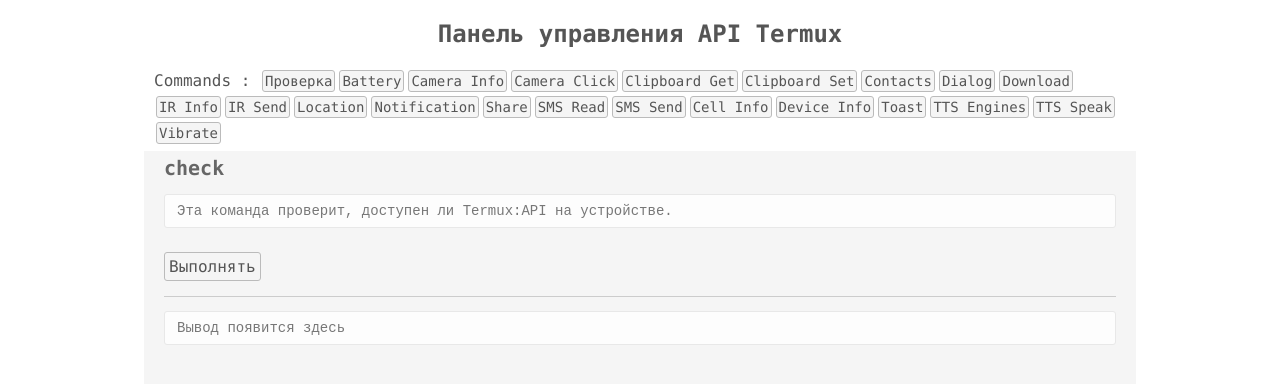
Repository: easy-quest/PHP-Termux-API
Page: http://localhost/api.php
These files come from the project's save history. The page is drawn as it stood at one moment and after a run of saves; the edit follows.
The browser window is 1280 px wide. The pictures show the whole page.
The page is run by PHP 8.4 with error messages shown; the project is at /var/www/html/.

Above is the page before, as saved 2021-12-02 01:38:16.

### api.php
<?php
if(isset($_REQUEST['command']) && isset($_REQUEST['param'])){
  /* Check if Termux:API is available */
  if($_REQUEST['command']=="check"){
    $test = shell_exec('termux-battery-status -h');
    if (substr($test, 0, 5) === 'Usage'){
      die("Termux:API is available");
    }
    else{
      die("Termux:API is not available");
    }
  }

  $command=$_REQUEST['command'];
  $param=$_REQUEST['param'];
  if(!$param==""){
    $response=shell_exec("$command $param");
  }
  else{
    $response=shell_exec("$command");
  }

  echo $response;
  exit();
}
?>
<!DOCTYPE html>
<html>
<head>
<meta name="viewport" content="width=device-width, initial-scale=1.0">
<style>
* {
  box-sizing: border-box;
}
.btn{
  background-color:#f5f5f5;
  display: inline-block;
  color: #555;
  text-align: center;
  border: solid 1px #bbb;
  border-radius:3px;
}
.btn:hover{
  cursor: pointer;
  background-color: #ddd;
}
pre{
  padding:8px 12px;
  overflow-x:scroll;
  border: 1px solid #e8e8e8;
  border-radius:3px;
  background-color:#fdfdfd;
  color:#777;
  font-size:14px
}
code{
  border: 0;
  padding-right: 0;
  padding-left: 0;
}
input{
  font-family:MonoSpace;
  color:#555;
  border:solid 1px #bbb;
  border-radius:4px;
  padding:4px;
  outline:none
}
.commands {
  max-width:992px;
  margin:auto;
  padding-left:10px;
  padding-right:10px;
}
.commands a {
  background-color:#f5f5f5;
  display: inline-block;
  color: #555;
  text-align: center;
  border: solid 1px #bbb;
  border-radius:3px;
  font-size:14px;
  color: #555;
  padding: 2px;
  margin:2px;
  text-decoration: none;
}
.commands a:hover{
  cursor: pointer;
  background-color: #ddd;
}
.execute{
  padding:4px;
  margin-top:10px;
}
.main {
  margin:auto;
  margin-top:5px;
  max-width:992px;
  padding:5px 20px;
  background:#f5f5f5;
  min-height:350px;
}
#photo-link{
  padding:4px;
  margin-top:5px;
  margin-bottom:50px;
  text-decoration:none;
}

@media only screen and (max-width:992px) {
  .commands, .main{
    width:100%;
  }
}
</style>
</head>
<body style="color:#555;font-family:Consolas, MonoSpace;margin:0px;">
  <h2 style="text-align:center">Панель управления API Termux</h2>
  <div class="commands">
    Commands :
    <a onclick="cmd(0)" href=#>Проверка</a><a onclick="cmd(1)" href=#>Battery</a><a onclick="cmd(2)" href=#>Camera Info</a><a onclick="cmd(3)" href=#>Camera Click</a><a onclick="cmd(4)" href=#>Clipboard Get</a><a onclick="cmd(5)" href=#>Clipboard Set</a><a onclick="cmd(6)" href=#>Contacts</a><a onclick="cmd(7)" href=#>Dialog</a><a onclick="cmd(8)" href=#>Download</a><a onclick="cmd(9)" href=#>IR Info</a><a onclick="cmd(10)" href=#>IR Send</a><a onclick="cmd(11)" href=#>Location</a><a onclick="cmd(12)" href=#>Notification</a><a onclick="cmd(13)" href=#>Share</a><a onclick="cmd(14)" href=#>SMS Read</a><a onclick="cmd(15)" href=#>SMS Send</a><a onclick="cmd(16)" href=#>Cell Info</a><a onclick="cmd(17)" href=#>Device Info</a><a onclick="cmd(18)" href=#>Toast</a><a onclick="cmd(19)" href=#>TTS Engines</a><a onclick="cmd(20)" href=#>TTS Speak</a><a onclick="cmd(21)" href=#>Vibrate</a>
  </div>
  <div class="main">
    <div id="command" style="color:#666;font-weight:bold;font-size:20px"></div>
    <pre style="white-space:pre-wrap;"><co
    de id= "documentation"></code></pre>
    <div>
      <div id="param" style="margin-top:10px">
        <span style="">Enter parameters : </span>
        <input id="paramInput">
      </div>
      <div onclick="execute()" class="execute btn">Выполнять</div>
    </div>
    <div style="border-top:solid 1px #ccc;width:100%;height:1px;margin:auto;margin-top:15px;margin-bottom:5px;"></div>
    <pre><code id= "response"></code></pre>
  </div>

  <script>
  var api = {
    0:{command:"check",doc:"Эта команда проверит, доступен ли Termux:API на устройстве.",sampleParam:""},
    1:{command:"termux-battery-status",doc:"Usage: termux-battery-status\nGet the status of the device battery.",sampleParam:""},
    2:{command:"termux-camera-info",doc:"Usage: termux-camera-info\nGet information about device camera(s).",sampleParam:""},
    3:{command:"termux-camera-photo",doc:"Usage: termux-camera-photo [-c camera-id] output-file\nTake a photo and save it to a file in JPEG format.\n\n  -c camera-id  ID of the camera to use (see termux-camera-info), default: 0",sampleParam:"-c 0 photo.jpg"},
    4:{command:"termux-clipboard-get",doc:"Usage: termux-clipboard-get\nGet the system clipboard text.",sampleParam:""},
    5:{command:"termux-clipboard-set",doc:"Usage: termux-clipboard-set [text]\nSet the system clipboard text. The text to set is either supplied as arguments or read from stdin if no arguments are given.",sampleParam:"Hello"},
    6:{command:"termux-contact-list",doc:"Usage: termux-contact-list\nList all contacts.",sampleParam:""},
    7:{command:"termux-dialog",doc:"Usage: termux-dialog [-i hint] [-m] [-p] [-t title]\nShow a text entry dialog.\n\n  -i hint   the input hint to show when the input is empty\n  -m        use a textarea with multiple lines instead of a single\n  -p        enter the input as a password\n  -t title  the title to show for the input prompt",sampleParam:"-t Enter Something"},
    8:{command:"termux-download",doc:"Usage: termux-download [-d description] [-t title] url-to-download\nDownload a resource using the system download manager.\n\n  -d description  description for the download request notification\n  -t title        title for the download request notification",sampleParam:"-t Anupam http://g.jpg"},
    9:{command:"termux-infrared-frequencies",doc:"Usage: termux-infrared-frequencies\nQuery the infrared transmitter's supported carrier frequencies.",sampleParam:""},
    10:{command:"termux-infrared-transmit",doc:"Usage: termux-infrared-transmit -f frequency pattern\nTransmit an infrared pattern. The pattern is specified in comma-separated on/off intervals, such as '20,50,20,30'. Only patterns shorter than 2 seconds will be transmitted.\n\n  -f frequency  IR carrier frequency in Hertz",sampleParam:"-f 30000 20,50,20,30"},
    11:{command:"termux-location",doc:"usage: termux-location [-p provider] [-r request]\nGet the device location.\n\n  -p provider  location provider [gps/network/passive] (default: gps)\n  -r request   kind of request to make [once/last/updates] (default: once)",sampleParam:"-p gps -r once"},
    12:{command:"termux-notification",doc:"Usage: termux-notification [-c content] [-i id] [-t title] [-u url]\nDisplay a system notification.\n\n  -c content notification content to show\n  -i id      notification id (will overwrite any previous notification\n               with the same id)\n  -t title   notification title to show\n  -u url     notification url when clicking on it",sampleParam:"-c This is a notification -t Notification"},
    13:{command:"termux-share",doc:"Usage: termux-share [-a action] [-c content-type] [-d] [-t title] [file]\nShare a file specified as argument or the text received on stdin if no file argument is given.\n\n  -a action        which action to performed on the shared content:\n                     edit/send/view (default:view)\n  -c content-type  content-type to use (default: guessed from file extension,\n                     text/plain for stdin)\n  -d               share to the default receiver if one is selected\n                     instead of showing a chooser\n\n  -t title         title to use for shared content (default: shared file name)",sampleParam:"-a view photo.jpg"},
    14:{command:"termux-sms-inbox",doc:"Usage: termux-sms-inbox [-d] [-l limit] [-n] [-o offset]\nList received SMS messages.\n\n  -d         show dates when messages were created\n  -l limit   offset in sms list (default: 10)\n  -n         show phone numbers\n  -o offset  offset in sms list (default: 0)",sampleParam:"-l 10 -n -o 0"},
    15:{command:"termux-sms-send",doc:"Usage: termux-sms-send -n number[,number2,number3,...] [text]\nSend a SMS message to the specified recipient number(s). The text to send is either supplied as arguments or read from stdin if no arguments are given.\n\n  -n number(s)  recipient number(s) - separate multiple numbers by commas",sampleParam:"-n 1234567890 Hello"},
    16:{command:"termux-telephony-cellinfo",doc:"Usage: termux-telephony-cellinfo\nGet information about all observed cell information from all radios on the device including the primary and neighboring cells.",sampleParam:""},
    17:{command:"termux-telephony-deviceinfo",doc:"Usage: termux-telephony-deviceinfo\nGet information about the telephony device.",sampleParam:""},
    18:{command:"termux-toast",doc:"Usage: termux-toast [-s] [text]\nShow text in a Toast (a transient popup). The text to show is either supplied as arguments or read from stdin if no arguments are given.\n\n -s  only show the toast for a short while",sampleParam:"-s This is a toast"},
    19:{command:"termux-tts-engines",doc:"Usage: termux-tts-engines\nGet information about the available text-to-speech (TTS) engines. The name of an engine may be given to the termux-tts-speak command using the -e option.",sampleParam:""},
    20:{command:"termux-tts-speak",doc:"Usage: termux-tts-speak [-e engine] [-l language] [-p pitch] [-r rate] [-s stream] [text-to-speak]\nSpeak text with a system text-to-speech (TTS) engine. The text to speak is either supplied as arguments or read from stdin if no arguments are given.\n\n  -e engine    TTS engine to use (see termux-tts-engines)\n  -l language  language to speak in (may be unsupported by the engine)\n  -p pitch     pitch to use in speech. 1.0 is the normal pitch,\n                 lower values lower the tone of the synthesized voice,\n                 greater values increase it.\n  -r rate      speech rate to use. 1.0 is the normal speech rate,\n                 lower values slow down the speech\n                 (0.5 is half the normal speech rate)\n                 while greater values accelerates it\n                 (2.0 is twice the normal speech rate).\n  -s stream    audio stream to use (default:NOTIFICATION), one of:\n                 ALARM, MUSIC, NOTIFICATION, RING, SYSTEM, VOICE_CALL",sampleParam:"-p 1.3 Hello How are you"},
    21:{command:"termux-vibrate",doc:"Usage: termux-vibrate [-d duration] [-f]\nVibrate the device.\n\n  -d duration  the duration to vibrate in ms (default:1000)\n  -f           force vibration even in silent mode",sampleParam:"-d 500"}
  }

  //default values
  var command = api[0].command;
  var param = "";
  var doc = api[0].doc;
  var msg = "Вывод появится здесь";

  document.getElementById("param").hidden= true;
  document.getElementById("response").innerHTML = msg;
  document.getElementById("command").innerHTML = command;
  document.getElementById("documentation").innerHTML = doc;

/** Function to select command and sampleParam*/
  function cmd(id=0){
    command = api[id].command;
    var doc = api[id].doc;
    var sampleParam = api[id].sampleParam;
    document.getElementById("documentation").innerHTML = doc;
    document.getElementById("command").innerHTML = command;
    document.getElementById("response").innerHTML = msg;
    var photoLink = document.getElementById("photo-link");
    if(photoLink){
      photoLink.parentNode.removeChild(photoLink);
    }
    if(sampleParam==""){
      document.getElementById("param").hidden = true;
      document.getElementById("paramInput").value = "";
    }
    else{
      document.getElementById("param").hidden = false;
      document.getElementById("paramInput").value = sampleParam;
    }
  }

/** Function to send AJAX Request with command and param, then show the response*/
  function execute(){
    param = document.getElementById("paramInput").value;
    var xhttp = new XMLHttpRequest();
    xhttp.onreadystatechange = function() {
      if(this.readyState == 1){
        document.getElementById("response").innerHTML = "server connection established";
      }
      if(this.readyState == 2){
        document.getElementById("response").innerHTML = "request received";
      }
      if(this.readyState == 3){
        document.getElementById("response").innerHTML = "processing request";
      }
      if (this.readyState == 4 && this.status == 200) {
        document.getElementById("response").innerHTML = this.responseText;
        if(command=="termux-camera-photo"){
          var name = param.substring(5);
          var l = document.createElement("a");
          var text = document.createTextNode("View Image");
          l.appendChild(text);
          l.setAttribute("href",name);
          l.setAttribute("target","_blank");
          l.setAttribute("id","photo-link");
          l.setAttribute("class","btn");
          document.getElementById("response").parentElement.parentElement.appendChild(l);
        }
      }
    };
    xhttp.open("POST", "<?php echo basename(__FILE__);?>", true);
    xhttp.setRequestHeader("Content-type", "application/x-www-form-urlencoded");
    xhttp.send("command=" + command + "&param=" + param);
  }
  </script>
</body>
</html>

After the next 2 saves:
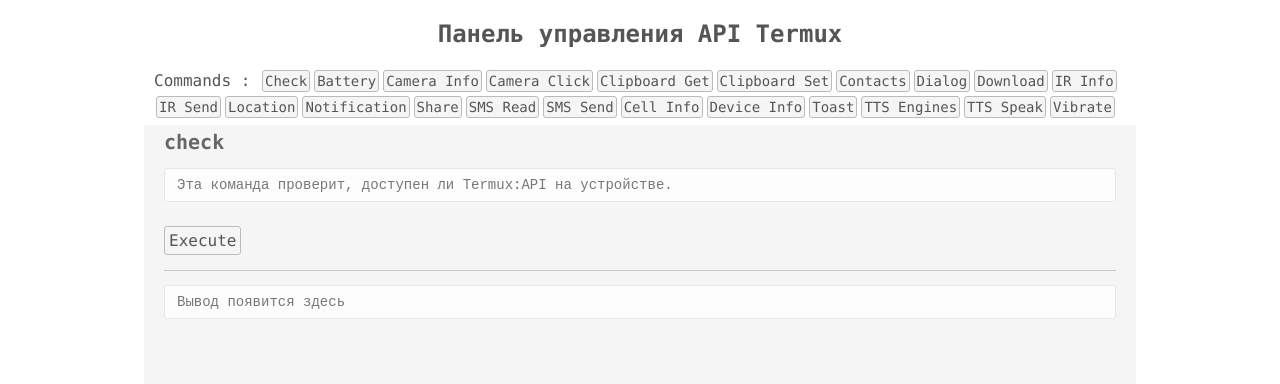
The 2 saves are shown as one change because they came seconds apart.
The last was saved 35 s later.
--- a/api.php
+++ b/api.php
@@ -119,18 +119,17 @@
   <h2 style="text-align:center">Панель управления API Termux</h2>
   <div class="commands">
     Commands :
-    <a onclick="cmd(0)" href=#>Проверка</a><a onclick="cmd(1)" href=#>Battery</a><a onclick="cmd(2)" href=#>Camera Info</a><a onclick="cmd(3)" href=#>Camera Click</a><a onclick="cmd(4)" href=#>Clipboard Get</a><a onclick="cmd(5)" href=#>Clipboard Set</a><a onclick="cmd(6)" href=#>Contacts</a><a onclick="cmd(7)" href=#>Dialog</a><a onclick="cmd(8)" href=#>Download</a><a onclick="cmd(9)" href=#>IR Info</a><a onclick="cmd(10)" href=#>IR Send</a><a onclick="cmd(11)" href=#>Location</a><a onclick="cmd(12)" href=#>Notification</a><a onclick="cmd(13)" href=#>Share</a><a onclick="cmd(14)" href=#>SMS Read</a><a onclick="cmd(15)" href=#>SMS Send</a><a onclick="cmd(16)" href=#>Cell Info</a><a onclick="cmd(17)" href=#>Device Info</a><a onclick="cmd(18)" href=#>Toast</a><a onclick="cmd(19)" href=#>TTS Engines</a><a onclick="cmd(20)" href=#>TTS Speak</a><a onclick="cmd(21)" href=#>Vibrate</a>
+    <a onclick="cmd(0)" href=#>Check</a><a onclick="cmd(1)" href=#>Battery</a><a onclick="cmd(2)" href=#>Camera Info</a><a onclick="cmd(3)" href=#>Camera Click</a><a onclick="cmd(4)" href=#>Clipboard Get</a><a onclick="cmd(5)" href=#>Clipboard Set</a><a onclick="cmd(6)" href=#>Contacts</a><a onclick="cmd(7)" href=#>Dialog</a><a onclick="cmd(8)" href=#>Download</a><a onclick="cmd(9)" href=#>IR Info</a><a onclick="cmd(10)" href=#>IR Send</a><a onclick="cmd(11)" href=#>Location</a><a onclick="cmd(12)" href=#>Notification</a><a onclick="cmd(13)" href=#>Share</a><a onclick="cmd(14)" href=#>SMS Read</a><a onclick="cmd(15)" href=#>SMS Send</a><a onclick="cmd(16)" href=#>Cell Info</a><a onclick="cmd(17)" href=#>Device Info</a><a onclick="cmd(18)" href=#>Toast</a><a onclick="cmd(19)" href=#>TTS Engines</a><a onclick="cmd(20)" href=#>TTS Speak</a><a onclick="cmd(21)" href=#>Vibrate</a>
   </div>
   <div class="main">
     <div id="command" style="color:#666;font-weight:bold;font-size:20px"></div>
-    <pre style="white-space:pre-wrap;"><co
-    de id= "documentation"></code></pre>
+    <pre style="white-space:pre-wrap;"><code id= "documentation"></code></pre>
     <div>
       <div id="param" style="margin-top:10px">
         <span style="">Enter parameters : </span>
         <input id="paramInput">
       </div>
-      <div onclick="execute()" class="execute btn">Выполнять</div>
+      <div onclick="execute()" class="execute btn">Execute</div>
     </div>
     <div style="border-top:solid 1px #ccc;width:100%;height:1px;margin:auto;margin-top:15px;margin-bottom:5px;"></div>
     <pre><code id= "response"></code></pre>
